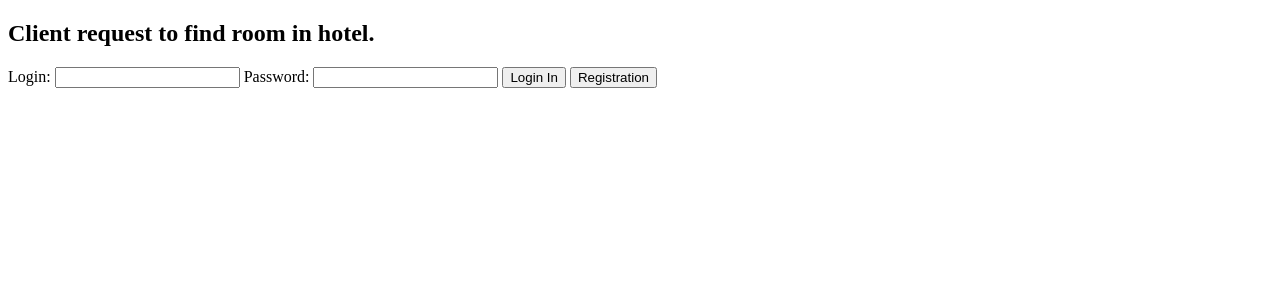
Repository: milosh-alexandr-by/ItAcademyJavaDeveloper
Page: http://localhost/HotelRequestSystem/ClientServlet.jsp
An editor plug-in stored every save of this project. The page is shown before and after the next save, followed by the edit.
The browser window is 1280 px wide. The pictures show the whole page.
The page is served by Tomcat 9. Other server files are loaded and not shown.

Above is the page before, as saved 2015-12-09 12:58:38.

### Project_WEB/HotelRequestSystem/WebContent/ClientServlet.jsp
<%@ page language="java" contentType="text/html; charset=UTF-8"
    pageEncoding="UTF-8"%>
<!DOCTYPE html PUBLIC "-//W3C//DTD HTML 4.01 Transitional//EN" "http://www.w3.org/TR/html4/loose.dtd">
<html>
<head>
<meta http-equiv="Content-Type" content="text/html; charset=UTF-8">
<title>Insert title here</title>
</head>
<body>

	<h2>Client request to find room in hotel.</h2>

	<form action="HotelRequestSystem" method="GET">
		Login: <input type="text" name="login" />
		Password: <input type="text" name="password" />
		<input type="submit" name="enter" value="Login In">
		<input type="submit" name="register" value="Registration">
	</form>

</body>
</html>

After the next save:
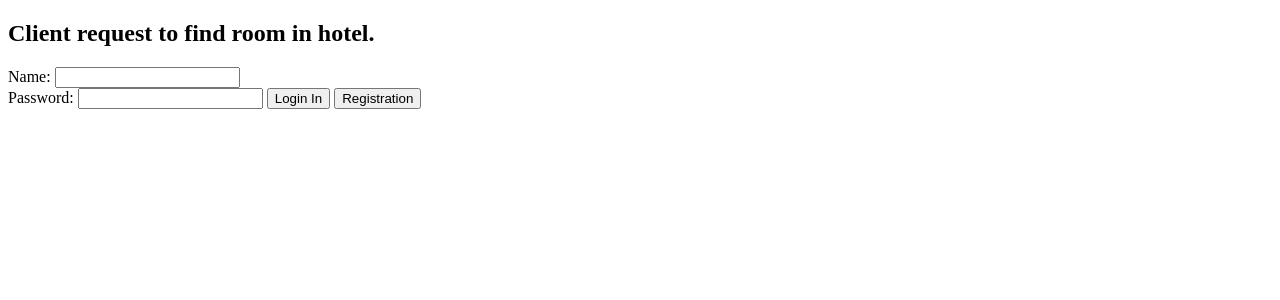
Saved 94 s later.
--- a/Project_WEB/HotelRequestSystem/WebContent/ClientServlet.jsp
+++ b/Project_WEB/HotelRequestSystem/WebContent/ClientServlet.jsp
@@ -11,7 +11,7 @@
 	<h2>Client request to find room in hotel.</h2>
 
 	<form action="HotelRequestSystem" method="GET">
-		Login: <input type="text" name="login" />
+		Name: <input type="text" name="Name" /> <br/>
 		Password: <input type="text" name="password" />
 		<input type="submit" name="enter" value="Login In">
 		<input type="submit" name="register" value="Registration">
